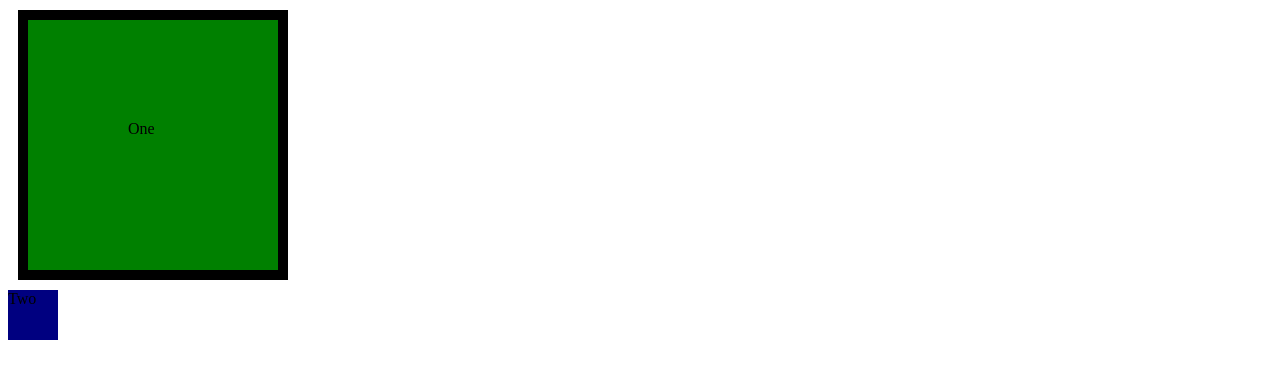
Repository: Peacepapi/1702Java
Page: web/src/main/webapp/box.html
These files come from the project's save history. The page is drawn as it stood at one moment and after the next save; the edit follows.
The browser window is 1280 px wide. The pictures show the whole page.

Above is the page before, as saved 2017-02-24 18:16:10.

After the next save:
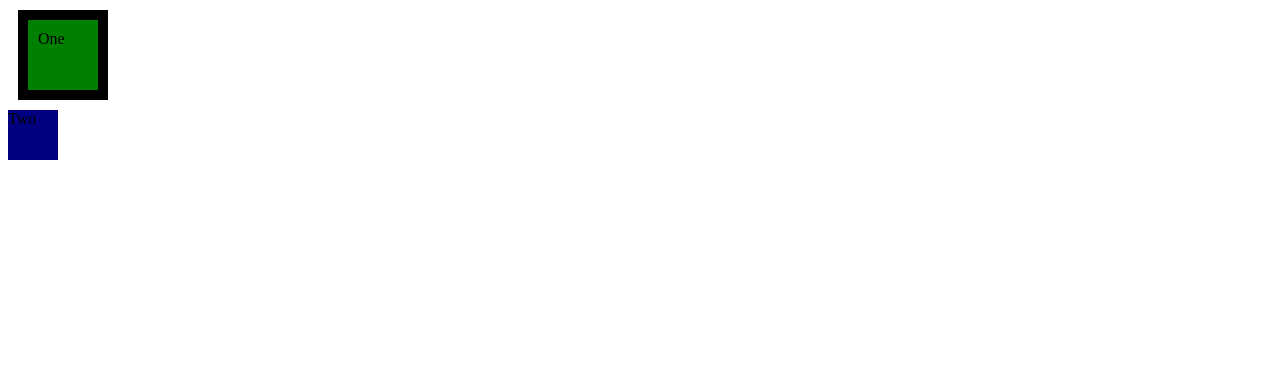
Saved 23 s later.
--- a/web/src/main/webapp/box.html
+++ b/web/src/main/webapp/box.html
@@ -11,7 +11,7 @@
 	border-style: solid;
 	border-color: black;
 	border-width: 10px;
-	padding: 100px;
+	padding: 10px;
 	margin: 10px;
 }
 #two{
